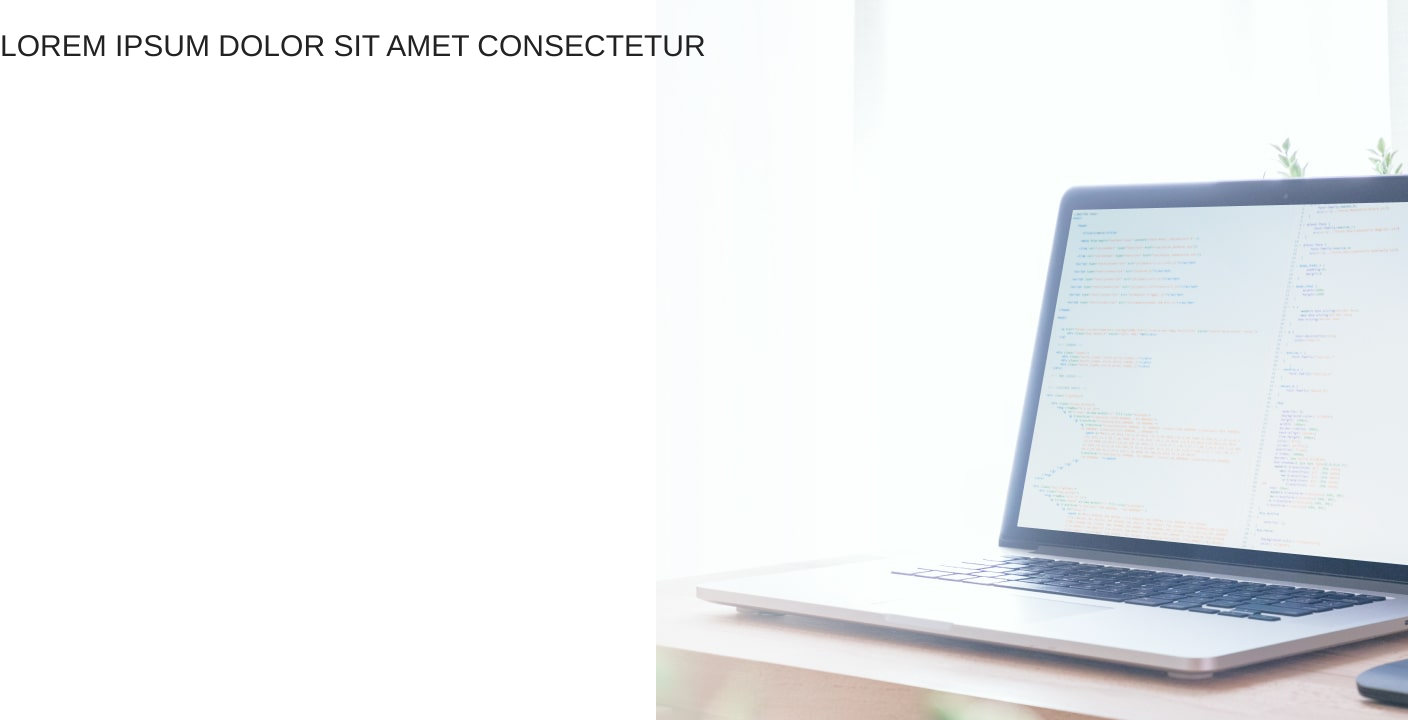
Repository: iKrekus/HTMLAcademy-mysite
Page: test.html
An editor plug-in stored every save of this project. The page is shown before and after the next save, followed by the edit.
The browser window is 1280 px wide. The page is 1408 px wide, so the pictures cover 1408 px, including what lies to the right of the window. The pictures show the whole page.

Above is the page before, as saved 2022-09-28 17:54:40.

### test.html
<!DOCTYPE html>
<html lang="en">
<head>
    <meta charset="UTF-8">
    <meta http-equiv="X-UA-Compatible" content="IE=edge">
    <meta name="viewport" content="width=device-width, initial-scale=1.0">
<link rel="stylesheet" href="style.css">
    <title>Test</title>
</head>
<body>
    <section class="middle-box">
        <p class="lorem">Lorem ipsum dolor sit amet consectetur</p>
    </section>
</body>
</html>

### style.css
body {
  position: relative;
  margin: 0;
  min-width: 1408px;
  font-family: "Montserrat", "Helvetica", "Arial", sans-serif;
  font-size: 16px;
  line-height: 32px;
  color: #222222;
  background-image: url("img/hero-bg.jpg");
  background-repeat: no-repeat;
  background-position-y: top;
  background-position-x: calc(50vw + 16px);
}

.container {
  max-width: 1408px;
  margin: 0 auto;
  padding: 0 16px;
}

.page-header {
  margin: 0 0 140px;
  padding: 32px 0;
}

.page-header a {
  margin-right: 56px;
  padding-bottom: 10px;
  padding-top: 10px;
  color: #8da2ed;
  text-decoration: none;
  background-repeat: no-repeat;
  background-position: left;
}

.page-header a:focus,
.page-header a:hover {
  border-bottom: 1px solid #8da2ed;
  filter: hue-rotate(50deg);
}

.page-header a:active {
  filter: hue-rotate(0);
  opacity: 0.6;
}

.header-email {
  padding-left: 30px;
  background-image: url("img/icon-email-header.svg");
}

.header-phone {
  padding-left: 25px;
  background-image: url("img/icon-phone-header.svg");
}

.hero-image {
  position: relative;
  height: 564px;
}

.hero-image .container {
  padding-left: 0;
  padding-right: 0;
  background-image: url("img/dotted-border-v.svg");
  background-repeat: repeat-y;
  background-position: top left;
}

.heading {
  margin: 0 0 40px;
  padding-left: 116px;
  width: 928px;
  font-size: 104px;
  line-height: 120px;
  letter-spacing: -2px;
  font-weight: 400;
  color: #8da2ed;
}

.hero-image p {
  margin: 0;
  padding-left: 128px;
  padding-bottom: 16px;
  font-size: 32px;
  line-height: 48px;
}

.intro {
  margin: 0 0 160px;
  padding-top: 240px;
  padding-bottom: 80px;
  background-color: #fafbfd;
}

.subheading {
  margin: 0 0 56px;
  font-size: 72px;
  line-height: 104px;
  font-weight: 400;
  color: #8da2ed;
}

.intro .container {
  position: relative;
}

.intro .subheading {
  position: absolute;
  top: -320px;
  left: 48px;
  font-size: 16px;
  line-height: 32px;
  color: #222222;
}

.intro .subheading::before {
  position: absolute;
  content: "";
  top: 4px;
  left: -32px;
  width: 16px;
  height: 28px;
  background-image: url("img/icon-scroll.svg");
  background-repeat: no-repeat;
}

.user-image {
  margin: 0 0 32px;
  position: absolute;
  top: 0;
  left: 0;
}

.user-image img {
  width: 688px;
  height: 400px;
  margin-left: 16px;
  object-fit: cover;
}

.intro .container div {
  position: relative;
  display: flex;
  flex-direction: column;
  justify-content: center;
  margin: 0 120px 160px;
  min-height: 400px;
}

.intro .user-image + div {
  margin-left: 600px;
}

.intro .container > div::before,
.intro .container > div::after {
  position: absolute;
  content: "";
  background-repeat: no-repeat;
}

.intro .container div:nth-of-type(1)::before {
  top: 0;
  right: -120px;
  width: 144px;
  height: 64px;
  background-image: url("img/decor-dots1.svg");
}

.intro .container div:nth-of-type(2)::before {
  top: 0;
  left: -120px;
  width: 144px;
  height: 64px;
  background-image: url("img/decor-dots2.svg");
}

.intro h3 {
  margin: 0 0 16px;
  width: 688px;
  font-size: 32px;
  line-height: 40px;
  font-weight: 400;
  letter-spacing: 0.5px;
  text-transform: uppercase;
}

.intro p {
  margin: 0;
  width: 688px;
}

.intro .container div:nth-of-type(2) {
  margin-right: 0;
  background-image: url("img/abilities.jpg");
  background-position: right;
  background-repeat: no-repeat;
}

.intro .container .skills {
  min-height: unset;
}

.skills::before {
  top: 0;
  right: -120px;
  width: 64px;
  height: 64px;
  background-image: url("img/decor-dots3.svg");
}

.skills::after {
  bottom: -56px;
  left: -120px;
  width: 64px;
  height: 24px;
  background-image: url("img/decor-dots4.svg");
}

.skills h3 {
  margin-bottom: 56px;
}

.skills-list {
  position: relative;
  display: flex;
  margin: 0;
  padding: 0;
}

.skills-list dt {
  flex-shrink: 0;
  padding-left: 82px;
  width: 480px;
  height: 72px;
  font-size: 24px;
  letter-spacing: 1px;
  background-repeat: no-repeat;
  background-position: left;
}

.skill-html {
  background-image: url("img/icon-html.svg");
}

.skill-css {
  margin-left: 48px;
  background-image: url("img/icon-css.svg");
}

.level {
  position: absolute;
  top: 32px;
  margin: 4px 0 16px;
  padding: 0;
  height: 32px;
  width: 478px;
  font-size: 0;
  background-color: #ffffff;
  border: 1px solid #dee5fb;
}

.skill-html + .level {
  left: 82px;
}

.skill-css + .level {
  left: 690px;
}

.skills .level div {
  margin: 4px;
  height: 24px;
  min-height: unset;
  background-color: #8da2ed;
  background-image: url("img/progress-pattern.svg");
}

.button {
  position: relative;
  margin: auto 72px -10px;
  padding: 10px 0 10px 28px;
  display: block;
  font-size: 20px;
  letter-spacing: 0.5px;
  text-decoration: none;
  text-transform: uppercase;
  color: #8da2ed;
  border: 1px solid #8da2ed;
}

.button::before {
  position: absolute;
  content: "";
  width: 20px;
  height: 20px;
  top: 14px;
  left: 29px;
  background-image: url("img/icon-open-page.svg");
}

.button:focus,
.button:hover {
  margin-bottom: -10px;
  color: #ffffff;
  border-color: #c98ded;
  background-color: #c98ded;
  transition: border-color 150ms, background-color 150ms;
}

.button:active {
  opacity: 0.6;
}

.button:focus::before,
.button:hover::before,
.button:active::before {
  filter: brightness(100);
}

.page-footer {
  padding: 40px 0;
  background-color: #8da2ed;
}

.page-footer a {
  margin-right: 56px;
  padding-bottom: 10px;
  padding-top: 10px;
  color: #ffffff;
  text-decoration: none;
  background-repeat: no-repeat;
  background-position: left;
  opacity: 0.8;
}

.page-footer a:focus,
.page-footer a:hover {
  opacity: 1;
  border-bottom: 1px solid #ffffff;
}

.page-footer a:active {
  opacity: 0.6;
}

.footer-email {
  padding-left: 30px;
  background-image: url("img/icon-email-footer.svg");
}

.footer-phone {
  padding-left: 25px;
  background-image: url("img/icon-phone-footer.svg");
}

.lorem{
  text-transform: uppercase;
  font-size: 30px;
  text-align: center;
  text-shadow: -15px -25px 0px 0px black;
}
.middle-box{
display: flex;
align-items: center;
height: auto;
}

After the next save:
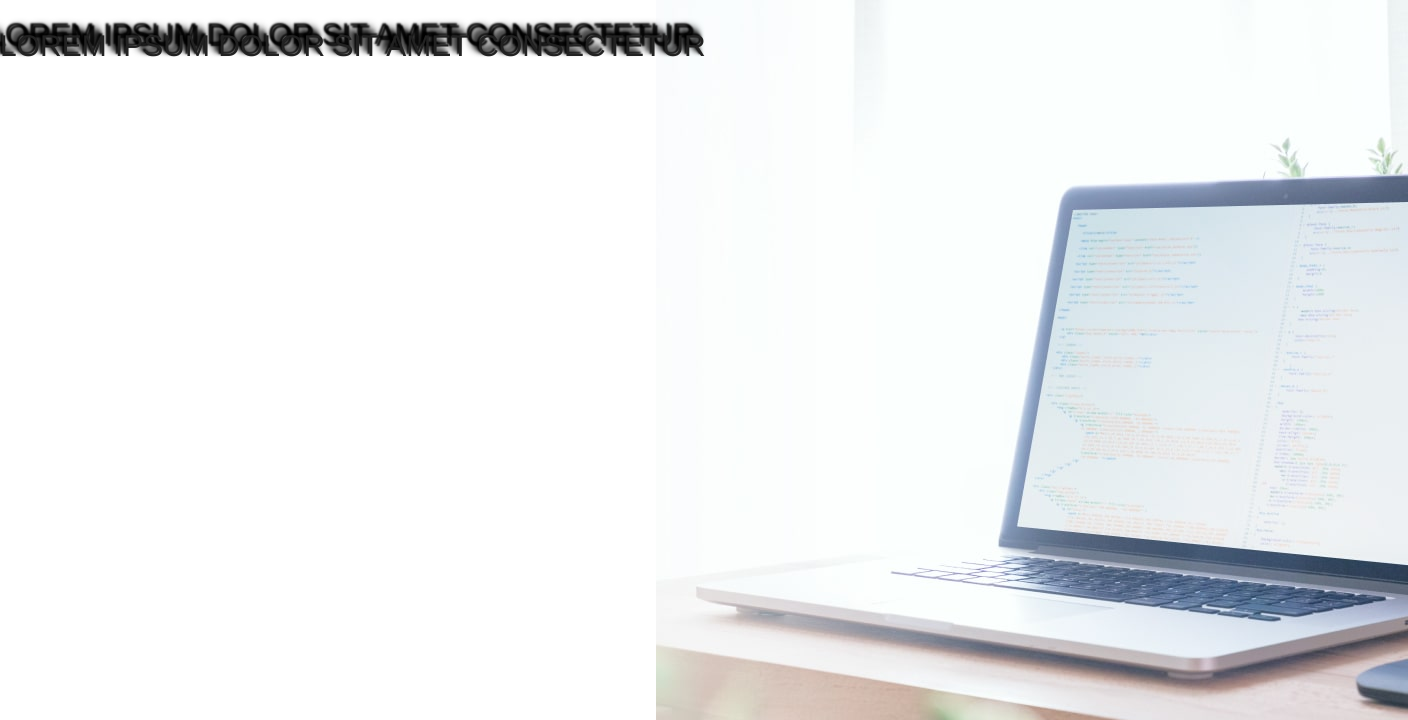
Saved 6 min 47 s later.
--- a/style.css
+++ b/style.css
@@ -358,10 +358,12 @@ body {
   text-transform: uppercase;
   font-size: 30px;
   text-align: center;
-  text-shadow: -15px -25px 0px 0px black;
+  text-shadow: -2px -2px 2px black, -4px -4px 4px black, -6px -6px 6px black, -8px -8px 8px black, -10px -10px 2px black, -12px -12px 2px black;
+
 }
 .middle-box{
 display: flex;
 align-items: center;
+align-content: center;
 height: auto;
 }
